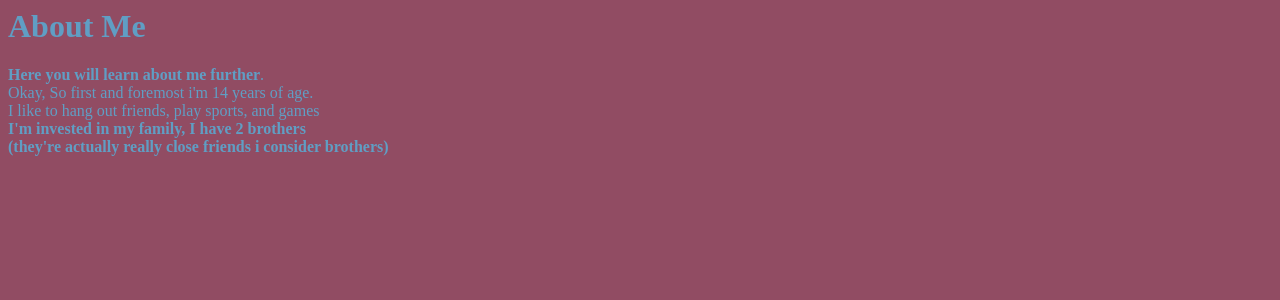
Repository: RyanGutierrez/RyanGutierrez.github.io
Page: about.html
The author's editor kept a record of every edit. The page is drawn from the files as they stood at one moment, then again after the next edit.
The browser window is 1280 px wide. The pictures show the whole page.

Above is the page before.

After the next edit:
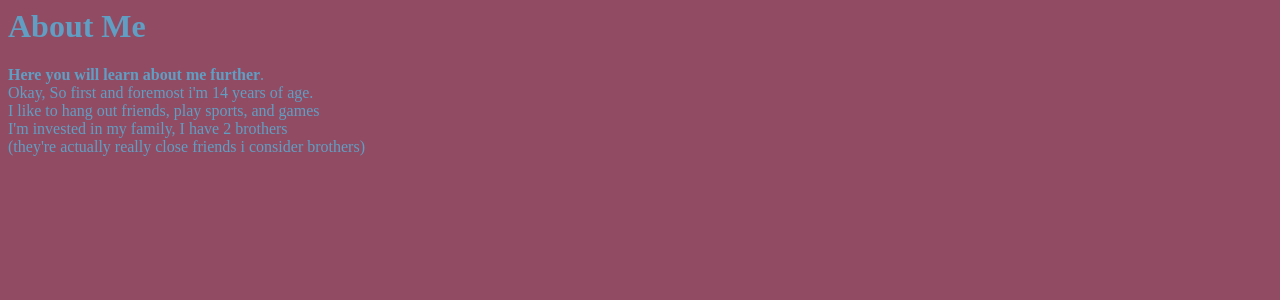
The edit:
--- a/about.html
+++ b/about.html
@@ -21,8 +21,8 @@
         <p><strong>Here you will learn about me further</strong>.<br>
         Okay, So first and foremost i'm 14 years of age.<br>
         I like to hang out friends, play sports, and games</strong><br>
-        <strong>I'm invested in my family, I have 2 brothers</strong><br>
-        <strong>(they're actually really close friends i consider brothers)</strong><br>
-        <strong></strong></p>
+        I'm invested in my family, I have 2 brothers</strong><br>
+        (they're actually really close friends i consider brothers)</strong><br>
+        </p>
     </body>
 </html>
